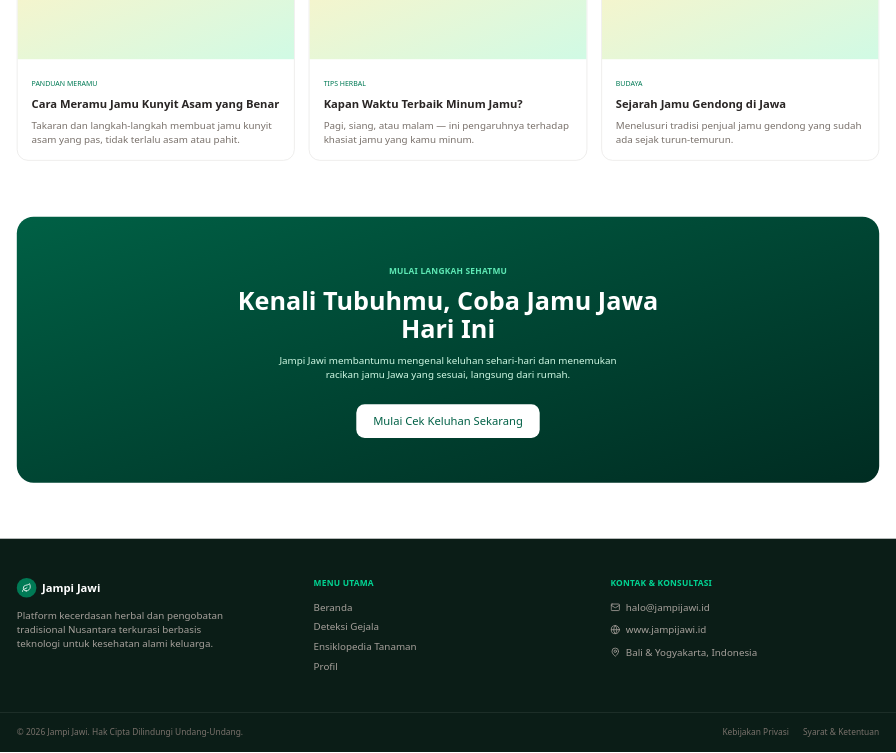
Repository: VergiMutiaRahmasyani/JampiJawi
Page: /
An editor plug-in stored every save of this project. The page is shown before and after the next save, followed by the edit.
The browser window is 1280 px wide. The pictures show the part of the page from y = 3091 to 5011 px (the page is 4166 px tall before and 5192 px after), at 70% of full size.
The project was rebuilt for these pictures with package versions that can differ from the ones it lists, and the page was loaded fresh each time. Also part of the build but not shown: vite.config.js, src/components/shared/ProtectedRoute.jsx, src/pages/LoginPage.jsx, src/pages/RegisterPage.jsx, src/pages/EnsiklopediaPage.jsx, src/pages/DetailHerbalPage.jsx, src/pages/KeluhanPage.jsx, src/pages/HasilRekomendasiPage.jsx and 3 more.

Above is the page before, as saved 2026-09-11 06:29:17.

### index.html
<!doctype html>
<html lang="en">
  <head>
    <meta charset="UTF-8" />
    <link rel="icon" type="image/svg+xml" href="/favicon.svg" />
    <meta name="viewport" content="width=device-width, initial-scale=1.0" />
    <title>jampijawi</title>
  </head>
  <body>
    <div id="root"></div>
    <script type="module" src="/src/main.jsx"></script>
  </body>
</html>

### src/App.jsx
import { BrowserRouter, Routes, Route } from "react-router-dom";
import { AuthProvider } from "./context/AuthContext";
import Navbar from "./components/layout/Navbar";
import Footer from "./components/layout/Footer";
import ProtectedRoute from "./components/shared/ProtectedRoute";

import HomePage from "./pages/HomePage";
import LoginPage from "./pages/LoginPage";
import RegisterPage from "./pages/RegisterPage";
import EnsiklopediaPage from "./pages/EnsiklopediaPage";
import DetailHerbalPage from "./pages/DetailHerbalPage";
import KeluhanPage from "./pages/KeluhanPage";
import HasilRekomendasiPage from "./pages/HasilRekomendasiPage";
import DetailArtikelPage from "./pages/DetailArtikelPage";
import RiwayatPage from "./pages/RiwayatPage";
import ProfilPage from "./pages/ProfilPage";

function App() {
  return (
    <BrowserRouter>
      <AuthProvider>
        <Navbar />
        <main className="min-h-screen">
          <Routes>
            <Route path="/" element={<HomePage />} />
            <Route path="/login" element={<LoginPage />} />
            <Route path="/register" element={<RegisterPage />} />

            <Route path="/ensiklopedia" element={<EnsiklopediaPage />} />
            <Route path="/ensiklopedia/:slug" element={<DetailHerbalPage />} />

            <Route path="/keluhan" element={<KeluhanPage />} />
            <Route path="/keluhan/hasil/:id" element={<HasilRekomendasiPage />} />

            <Route path="/artikel/:slug" element={<DetailArtikelPage />} />

            <Route
              path="/riwayat"
              element={
                <ProtectedRoute>
                  <RiwayatPage />
                </ProtectedRoute>
              }
            />
            <Route
              path="/profil"
              element={
                <ProtectedRoute>
                  <ProfilPage />
                </ProtectedRoute>
              }
            />
          </Routes>
        </main>
        <Footer />
      </AuthProvider>
    </BrowserRouter>
  );
}

export default App;

### src/context/AuthContext.jsx
import { createContext, useContext, useState, useEffect } from "react";

const AuthContext = createContext(undefined);

export function AuthProvider({ children }) {
  const [user, setUser] = useState(null);
  const [token, setToken] = useState(null);
  const [isLoading, setIsLoading] = useState(true);

  useEffect(() => {
    const storedToken = localStorage.getItem("jamujawi_token");
    const storedUser = localStorage.getItem("jamujawi_user");
    if (storedToken && storedUser) {
      setToken(storedToken);
      setUser(JSON.parse(storedUser));
    }
    setIsLoading(false);
  }, []);

  const login = (newToken, newUser) => {
    localStorage.setItem("jamujawi_token", newToken);
    localStorage.setItem("jamujawi_user", JSON.stringify(newUser));
    setToken(newToken);
    setUser(newUser);
  };

  const logout = () => {
    localStorage.removeItem("jamujawi_token");
    localStorage.removeItem("jamujawi_user");
    setToken(null);
    setUser(null);
  };

  return (
    <AuthContext.Provider value={{ user, token, login, logout, isLoading }}>
      {children}
    </AuthContext.Provider>
  );
}

export function useAuth() {
  const context = useContext(AuthContext);
  if (!context) throw new Error("useAuth must be used within AuthProvider");
  return context;
}

### src/components/layout/Footer.jsx
import { Link } from "react-router-dom";
import { Leaf, Mail, Globe, MapPin } from "lucide-react";

const menuUtama = [
  { label: "Beranda", to: "/" },
  { label: "Deteksi Gejala", to: "/rekomendasi" },
  { label: "Ensiklopedia Tanaman", to: "/ensiklopedia" },
  { label: "Profil", to: "/profil" },
];

export default function Footer() {
  return (
    <footer className="bg-[#0b1d17] text-stone-300">
      <div className="max-w-7xl mx-auto px-6 py-14 grid md:grid-cols-3 gap-10">
        {/* Kolom 1 — brand */}
        <div>
          <div className="flex items-center gap-2 font-semibold text-white">
            <span className="w-7 h-7 rounded-full bg-emerald-700 flex items-center justify-center">
              <Leaf size={14} className="text-white" />
            </span>
            Jampi Jawi
          </div>
          <p className="mt-4 text-sm text-stone-400 max-w-xs">
            Platform kecerdasan herbal dan pengobatan tradisional Nusantara
            terkurasi berbasis teknologi untuk kesehatan alami keluarga.
          </p>
        </div>

        {/* Kolom 2 — menu utama */}
        <div>
          <p className="text-xs font-semibold text-emerald-400 tracking-wide mb-4">
            MENU UTAMA
          </p>
          <ul className="space-y-2 text-sm">
            {menuUtama.map(({ label, to }) => (
              <li key={to}>
                <Link to={to} className="text-stone-400 hover:text-white transition">
                  {label}
                </Link>
              </li>
            ))}
          </ul>
        </div>

        {/* Kolom 3 — kontak */}
        <div>
          <p className="text-xs font-semibold text-emerald-400 tracking-wide mb-4">
            KONTAK & KONSULTASI
          </p>
          <ul className="space-y-3 text-sm text-stone-400">
            <li className="flex items-center gap-2">
              <Mail size={14} /> halo@jampijawi.id
            </li>
            <li className="flex items-center gap-2">
              <Globe size={14} /> www.jampijawi.id
            </li>
            <li className="flex items-center gap-2">
              <MapPin size={14} /> Bali & Yogyakarta, Indonesia
            </li>
          </ul>
        </div>
      </div>

      {/* Bottom bar */}
      <div className="border-t border-white/10">
        <div className="max-w-7xl mx-auto px-6 py-5 flex flex-col sm:flex-row justify-between items-center gap-3 text-xs text-stone-500">
          <p>© 2026 Jampi Jawi. Hak Cipta Dilindungi Undang-Undang.</p>
          <div className="flex gap-5">
            <a href="#" className="hover:text-white">Kebijakan Privasi</a>
            <a href="#" className="hover:text-white">Syarat & Ketentuan</a>
          </div>
        </div>
      </div>
    </footer>
  );
}

### src/pages/HomePage.jsx
import {
  ArrowRight, PlayCircle, ShieldAlert, BookOpenCheck, Leaf, BadgeCheck,
  Brain, Search, Sparkles,
} from "lucide-react";

const masalah = [
  {
    icon: ShieldAlert,
    title: "Terlalu Sering Bergantung Obat Kimia",
    desc: "Minum obat pereda gejala terus-menerus tanpa memperbaiki akar masalah bisa membebani kerja hati, ginjal, dan keseimbangan pencernaan dalam jangka panjang.",
  },
  {
    icon: BookOpenCheck,
    title: "Belum Paham Takaran & Racikan yang Tepat",
    desc: "Banyak orang tahu manfaat jahe atau kunyit, tapi belum tahu cara meracik dan mengombinasikannya dengan benar agar khasiatnya optimal.",
  },
];

const langkah = [
  {
    no: "01",
    title: "Pilih & Catat Keluhan",
    desc: "Pilih bagian tubuh yang terasa tidak nyaman (kepala, tenggorokan, lambung, sendi) dan tentukan tingkat keparahannya.",
  },
  {
    no: "02",
    title: "Dapatkan Rekomendasi Jamu",
    desc: "Sistem mencocokkan keluhanmu dengan database tanaman dan jamu tradisional Jawa, lengkap dengan takaran dan cara meraciknya.",
  },
  {
    no: "03",
    title: "Ikuti Resep & Jadwalnya",
    desc: "Dapatkan panduan racikan, aturan minum jamu harian, serta hal yang perlu dihindari agar pemulihan lebih maksimal.",
  },
];

const gejala = [
  { title: "Sakit Kepala / Pusing", desc: "Sensasi tegang di pelipis, migrain ringan, atau akibat kelelahan menatap layar." },
  { title: "Cepat Lelah & Lesu", desc: "Stamina menurun, badan terasa berat saat bangun pagi hari." },
  { title: "Mual & Masuk Angin", desc: "Perut kembung, begah, bersendawa, serta rasa asam berlebih di ulu hati." },
  { title: "Batuk & Radang Tenggorokan", desc: "Tenggorokan kering, serak, gatal, serta lendir akibat cuaca pancaroba." },
  { title: "Sulit Tidur / Insomnia", desc: "Pikiran cemas gelisah dan sering terbangun di tengah malam." },
  { title: "Badan Pegal & Linu", desc: "Kekakuan sendi punggung, leher kaku, dan nyeri otot setelah kerja fisik berat." },
];

const artikel = [
  { judul: "Cara Meramu Jamu Kunyit Asam yang Benar", kategori: "Panduan Meramu", desc: "Takaran dan langkah-langkah membuat jamu kunyit asam yang pas, tidak terlalu asam atau pahit." },
  { judul: "Kapan Waktu Terbaik Minum Jamu?", kategori: "Tips Herbal", desc: "Pagi, siang, atau malam — ini pengaruhnya terhadap khasiat jamu yang kamu minum." },
  { judul: "Sejarah Jamu Gendong di Jawa", kategori: "Budaya", desc: "Menelusuri tradisi penjual jamu gendong yang sudah ada sejak turun-temurun." },
];

export default function HomePage() {
  return (
    <div className="bg-white text-stone-800">
      {/* ============ HERO ============ */}
      <section className="max-w-7xl mx-auto px-6 pt-16 pb-20 grid lg:grid-cols-2 gap-12 items-center">
        <div>
          <span className="inline-flex items-center gap-2 text-xs font-medium text-emerald-700 bg-emerald-50 px-3 py-1.5 rounded-full">
            <Sparkles size={14} /> Platform Ensiklopedia & Rekomendasi Jamu Jawa
          </span>

          <h1 className="mt-5 text-4xl sm:text-5xl font-bold leading-tight text-stone-900">
            Kenali Keluhanmu,<br />
            Temukan <span className="text-emerald-700">Jamu Jawa yang Tepat</span>
          </h1>

          <p className="mt-5 text-stone-500 max-w-lg">
            Banyak dari kita tumbuh dengan jamu tapi lupa cara meraciknya
            dengan benar. Jampi Jawi membantumu mengenali keluhan sehari-hari
            dan menemukan racikan jamu Jawa yang sesuai, lengkap dengan takarannya.
          </p>

          <div className="mt-8 flex flex-wrap items-center gap-4">
            <button className="inline-flex items-center gap-2 bg-emerald-800 hover:bg-emerald-900 text-white font-medium px-5 py-3 rounded-xl transition">
              Mulai Cek Keluhan <ArrowRight size={18} />
            </button>
            <button className="inline-flex items-center gap-2 text-stone-700 font-medium px-2 py-3">
              <PlayCircle size={18} /> Pelajari Cara Kerja
            </button>
          </div>

          <p className="mt-6 text-xs text-stone-400">
            Disusun berdasarkan pengetahuan jamu tradisional Jawa yang diwariskan turun-temurun
          </p>
        </div>

        {/* Preview card */}
        <div className="bg-white border border-stone-100 rounded-3xl shadow-xl shadow-emerald-900/5 p-4">
          <div className="flex items-center justify-between text-xs text-stone-400 px-1 pb-3">
            <span>CONTOH HASIL REKOMENDASI</span>
            <span className="flex items-center gap-1 text-emerald-600">
              <span className="w-1.5 h-1.5 bg-emerald-500 rounded-full" /> Ilustrasi
            </span>
          </div>
          <div className="h-56 rounded-2xl bg-gradient-to-br from-amber-100 to-emerald-100" />
          <div className="mt-4 flex items-center justify-between text-xs">
            <span className="bg-white border border-stone-200 rounded-full px-3 py-1 flex items-center gap-1">
              <BadgeCheck size={14} className="text-emerald-600" /> Temulawak cocok untuk keluhan ini
            </span>
          </div>
          <div className="mt-4 border-t border-stone-100 pt-4 grid grid-cols-2 gap-4 text-xs">
            <div>
              <p className="text-stone-400">KELUHAN</p>
              <p className="font-medium text-stone-800">Perut Kembung</p>
            </div>
            <div>
              <p className="text-stone-400">JENIS RACIKAN</p>
              <p className="font-medium text-stone-800">Jamu Rimpang Hangat</p>
            </div>
          </div>
          <div className="mt-4 bg-emerald-50 rounded-xl px-4 py-3 flex items-center justify-between">
            <div>
              <p className="text-[11px] text-emerald-700 uppercase tracking-wide">Rekomendasi</p>
              <p className="text-sm font-medium text-emerald-900">Kunyit Asam + Jahe Hangat</p>
            </div>
            <BadgeCheck className="text-emerald-600" size={20} />
          </div>
        </div>
      </section>

      {/* ============ MASALAH ============ */}
      <section className="bg-stone-50 py-20">
        <div className="max-w-7xl mx-auto px-6 grid lg:grid-cols-2 gap-12 items-start">
          <div className="grid grid-cols-2 gap-4">
            <div className="h-40 rounded-2xl bg-gradient-to-br from-amber-100 to-stone-200" />
            <div className="bg-emerald-800 text-white rounded-2xl p-5 flex flex-col justify-center">
              <Leaf size={20} />
              <p className="mt-3 font-semibold">100% Herbal</p>
              <p className="text-xs text-emerald-100 mt-1">Bebas bahan kimia aditif & ramah pencernaan.</p>
            </div>
            <div className="h-40 rounded-2xl bg-gradient-to-br from-emerald-100 to-stone-200" />
            <div className="bg-white border border-stone-200 rounded-2xl p-5 flex flex-col justify-center">
              <BookOpenCheck size={20} className="text-emerald-700" />
              <p className="mt-3 font-semibold">Tanaman & Jamu Jawa</p>
              <p className="text-xs text-stone-500 mt-1">Dikumpulkan dari pengetahuan jamu tradisional Jawa yang terus bertambah.</p>
            </div>
          </div>

          <div>
            <span className="text-xs font-semibold text-red-600 tracking-wide">
              KENAPA JAMU SERING DIABAIKAN
            </span>
            <h2 className="mt-3 text-3xl font-bold text-stone-900">
              Pahami keluhan tubuh secara <span className="text-emerald-700">lebih menyeluruh</span>
            </h2>
            <p className="mt-4 text-stone-500">
              Keluhan ringan seperti perut begah, kepala tegang, atau badan
              lesu sering dianggap sepele dan langsung diredakan dengan obat
              instan, padahal jamu Jawa punya cara pendekatan yang berbeda.
            </p>

            <div className="mt-6 space-y-4">
              {masalah.map(({ icon: Icon, title, desc }) => (
                <div key={title} className="flex gap-4 bg-white border border-stone-200 rounded-2xl p-5">
                  <Icon className="text-red-500 shrink-0" size={22} />
                  <div>
                    <p className="font-semibold text-stone-800">{title}</p>
                    <p className="text-sm text-stone-500 mt-1">{desc}</p>
                  </div>
                </div>
              ))}
            </div>

            <blockquote className="mt-6 border-l-4 border-emerald-700 bg-emerald-50 rounded-r-xl px-5 py-4 text-sm text-stone-600 italic">
              "Jampi Jawi dibuat untuk menjembatani pengetahuan jamu Jawa
              turun-temurun dengan cara yang lebih mudah diakses generasi muda."
              <footer className="mt-2 not-italic text-xs font-semibold text-stone-700">
                Tim Jampi Jawi
              </footer>
            </blockquote>
          </div>
        </div>
      </section>

      {/* ============ 3 LANGKAH ============ */}
      <section className="py-20">
        <div className="max-w-3xl mx-auto text-center px-6">
          <span className="text-xs font-semibold text-emerald-700 tracking-wide">CARA KERJA</span>
          <h2 className="mt-3 text-3xl font-bold text-stone-900">Tiga Langkah Menuju Sehat Alami</h2>
          <p className="mt-3 text-stone-500">
            Catat keluhan harianmu dan dapatkan panduan racikan jamu Jawa
            yang jelas takaran dan cara buatnya, mudah disiapkan di rumah.
          </p>
        </div>

        <div className="max-w-7xl mx-auto px-6 mt-12 grid md:grid-cols-3 gap-6">
          {langkah.map(({ no, title, desc }) => (
            <div key={no} className="border border-stone-200 rounded-2xl p-6">
              <span className="inline-flex items-center justify-center w-9 h-9 rounded-full bg-emerald-50 text-emerald-700 font-semibold text-sm">
                {no}
              </span>
              <p className="mt-4 font-semibold text-stone-800">{title}</p>
              <p className="text-sm text-stone-500 mt-2">{desc}</p>
              {no === "02" && (
                <div className="mt-4 bg-stone-900 text-stone-100 rounded-xl p-3 text-xs flex items-center gap-2">
                  <Brain size={16} className="text-emerald-400" />
                  <div>
                    <p className="text-stone-400">CONTOH HASIL</p>
                    <p>Kunyit & Kencur — Racikan Hangat</p>
                  </div>
                </div>
              )}
            </div>
          ))}
        </div>
      </section>

      {/* ============ KATEGORI GEJALA ============ */}
      <section className="bg-stone-50 py-20">
        <div className="max-w-7xl mx-auto px-6">
          <div className="flex flex-wrap justify-between items-end gap-4">
            <div>
              <span className="text-xs font-semibold text-emerald-700 tracking-wide">GEJALA & KATEGORI KELUHAN</span>
              <h2 className="mt-3 text-3xl font-bold text-stone-900 max-w-md">
                Apa Yang Sedang Anda Rasakan?
              </h2>
              <p className="mt-3 text-stone-500 max-w-lg text-sm">
                Pilih keluhan di bawah ini untuk melihat racikan jamu Jawa
                yang cocok membantu meredakan kondisi tubuhmu.
              </p>
            </div>
            <a href="/rekomendasi" className="text-sm font-medium text-emerald-700 flex items-center gap-1">
              Lihat Semua Kategori <ArrowRight size={14} />
            </a>
          </div>

          <div className="mt-10 grid sm:grid-cols-2 lg:grid-cols-3 gap-4">
            {gejala.map(({ title, desc }) => (
              <div key={title} className="bg-white rounded-2xl border border-stone-200 p-6">
                <p className="font-semibold text-stone-800">{title}</p>
                <p className="text-sm text-stone-500 mt-2">{desc}</p>
                <a href="/rekomendasi" className="mt-4 inline-flex items-center gap-1 text-sm text-emerald-700 font-medium">
                  Cek Ramuan <ArrowRight size={14} />
                </a>
              </div>
            ))}
          </div>
        </div>
      </section>

      {/* ============ ARTIKEL PREVIEW ============ */}
      <section className="py-20">
        <div className="max-w-7xl mx-auto px-6">
          <div className="flex flex-wrap justify-between items-end gap-4">
            <div>
              <span className="text-xs font-semibold text-emerald-700 tracking-wide">ARTIKEL & EDUKASI</span>
              <h2 className="mt-3 text-3xl font-bold text-stone-900 max-w-md">
                Belajar Lebih Dalam Soal Jamu Jawa
              </h2>
              <p className="mt-3 text-stone-500 max-w-lg text-sm">
                Kumpulan artikel seputar cara meramu jamu, tips penggunaan herbal
                yang aman, dan cerita di balik tradisi jamu Jawa.
              </p>
            </div>
            <a href="/artikel" className="text-sm font-medium text-emerald-700 flex items-center gap-1">
              Lihat Semua Artikel <ArrowRight size={14} />
            </a>
          </div>

          <div className="mt-10 grid sm:grid-cols-2 lg:grid-cols-3 gap-5">
            {artikel.map(({ judul, kategori, desc }) => (
              <a
                key={judul}
                href="/artikel"
                className="rounded-2xl overflow-hidden border border-stone-200 hover:border-emerald-200 transition"
              >
                <div className="h-40 bg-gradient-to-br from-amber-100 to-emerald-100" />
                <div className="p-5">
                  <span className="text-[10px] font-medium text-emerald-700 uppercase">{kategori}</span>
                  <p className="mt-2 font-semibold text-stone-800">{judul}</p>
                  <p className="text-sm text-stone-500 mt-2">{desc}</p>
                </div>
              </a>
            ))}
          </div>
        </div>
      </section>

      {/* ============ CTA FINAL ============ */}
      <section className="max-w-7xl mx-auto px-6 pb-20">
        <div className="bg-gradient-to-br from-emerald-800 to-emerald-950 rounded-3xl px-8 py-16 text-center text-white">
          <span className="text-xs font-semibold text-emerald-300 tracking-wide">MULAI LANGKAH SEHATMU</span>
          <h2 className="mt-3 text-3xl sm:text-4xl font-bold max-w-2xl mx-auto">
            Kenali Tubuhmu, Coba Jamu Jawa Hari Ini
          </h2>
          <p className="mt-4 text-emerald-100 max-w-lg mx-auto text-sm">
            Jampi Jawi membantumu mengenal keluhan sehari-hari dan menemukan
            racikan jamu Jawa yang sesuai, langsung dari rumah.
          </p>
          <button className="mt-8 inline-flex items-center gap-2 bg-white text-emerald-800 font-medium px-6 py-3 rounded-xl">
            Mulai Cek Keluhan Sekarang
          </button>
        </div>
      </section>
    </div>
  );
}

Loaded but not shown: src/main.jsx (common file); src/index.css (common file); src/components/layout/Navbar.jsx (83 lines, source omitted)

After the next save:
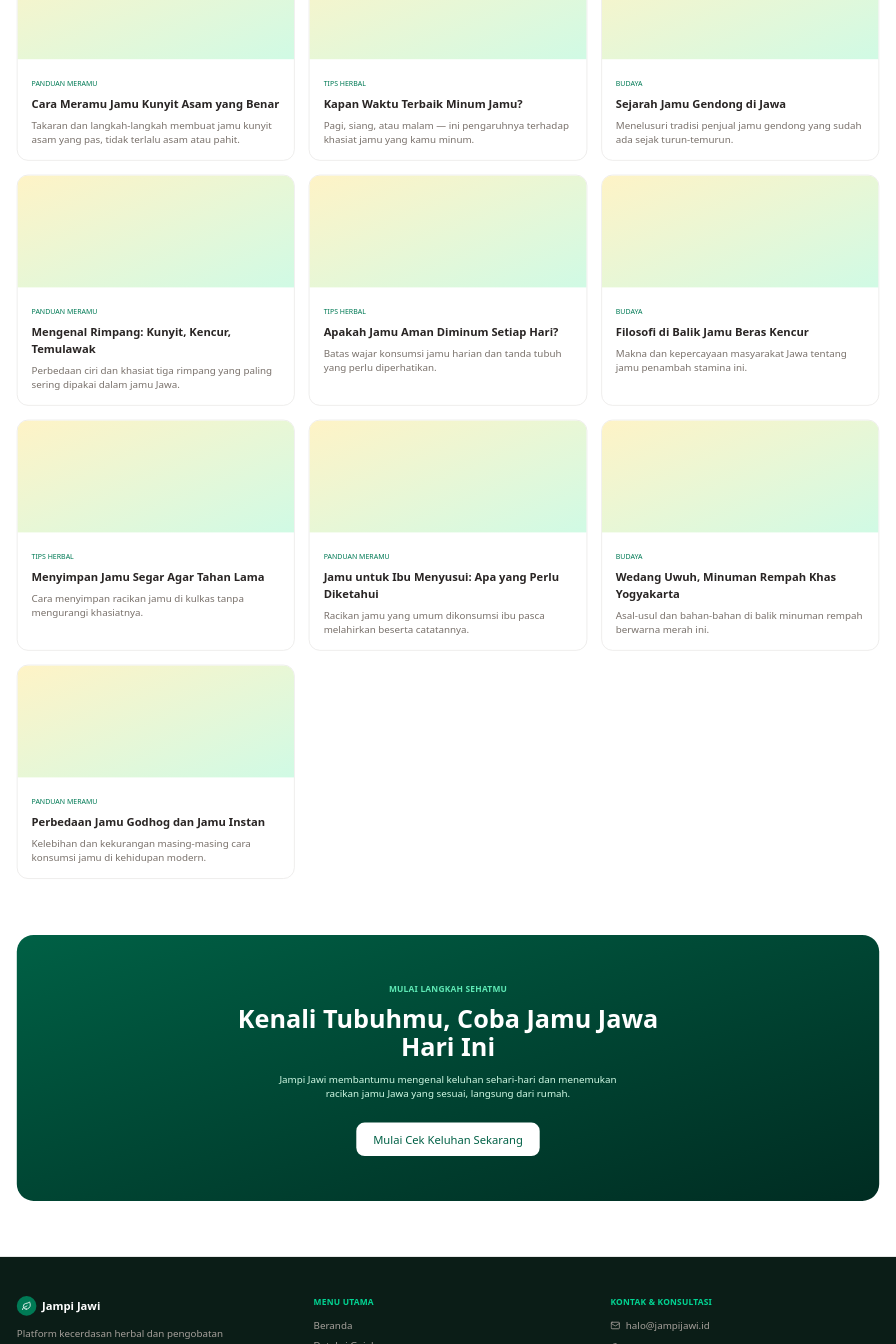
Saved 4 min 34 s later.
--- a/src/pages/HomePage.jsx
+++ b/src/pages/HomePage.jsx
@@ -47,6 +47,13 @@ const artikel = [
   { judul: "Cara Meramu Jamu Kunyit Asam yang Benar", kategori: "Panduan Meramu", desc: "Takaran dan langkah-langkah membuat jamu kunyit asam yang pas, tidak terlalu asam atau pahit." },
   { judul: "Kapan Waktu Terbaik Minum Jamu?", kategori: "Tips Herbal", desc: "Pagi, siang, atau malam — ini pengaruhnya terhadap khasiat jamu yang kamu minum." },
   { judul: "Sejarah Jamu Gendong di Jawa", kategori: "Budaya", desc: "Menelusuri tradisi penjual jamu gendong yang sudah ada sejak turun-temurun." },
+  { judul: "Mengenal Rimpang: Kunyit, Kencur, Temulawak", kategori: "Panduan Meramu", desc: "Perbedaan ciri dan khasiat tiga rimpang yang paling sering dipakai dalam jamu Jawa." },
+  { judul: "Apakah Jamu Aman Diminum Setiap Hari?", kategori: "Tips Herbal", desc: "Batas wajar konsumsi jamu harian dan tanda tubuh yang perlu diperhatikan." },
+  { judul: "Filosofi di Balik Jamu Beras Kencur", kategori: "Budaya", desc: "Makna dan kepercayaan masyarakat Jawa tentang jamu penambah stamina ini." },
+  { judul: "Menyimpan Jamu Segar Agar Tahan Lama", kategori: "Tips Herbal", desc: "Cara menyimpan racikan jamu di kulkas tanpa mengurangi khasiatnya." },
+  { judul: "Jamu untuk Ibu Menyusui: Apa yang Perlu Diketahui", kategori: "Panduan Meramu", desc: "Racikan jamu yang umum dikonsumsi ibu pasca melahirkan beserta catatannya." },
+  { judul: "Wedang Uwuh, Minuman Rempah Khas Yogyakarta", kategori: "Budaya", desc: "Asal-usul dan bahan-bahan di balik minuman rempah berwarna merah ini." },
+  { judul: "Perbedaan Jamu Godhog dan Jamu Instan", kategori: "Panduan Meramu", desc: "Kelebihan dan kekurangan masing-masing cara konsumsi jamu di kehidupan modern." },
 ];
 
 export default function HomePage() {
